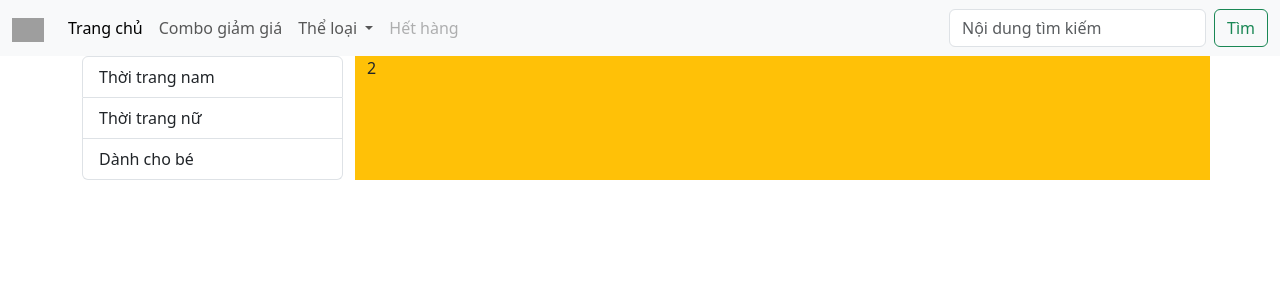
Repository: vnmk1/jsp_servlet-tutorials
Page: Bai4_Bootstrap/src/main/webapp/index.html
These files come from the project's save history. The page is drawn as it stood at one moment and after the next save; the edit follows.
The browser window is 1280 px wide. The pictures show the whole page.
Pictures or frames that could not be fetched are drawn as grey boxes.

Above is the page before, as saved 2023-07-17 08:54:38.

After the next save:
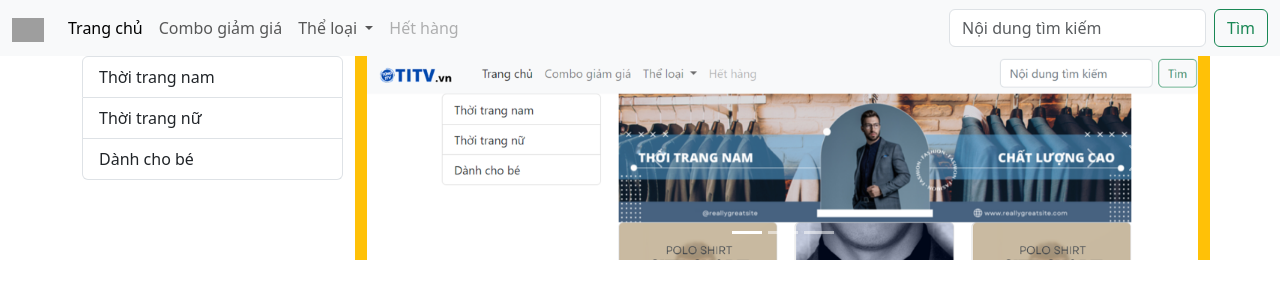
Saved 5 min 58 s later.
--- a/Bai4_Bootstrap/src/main/webapp/index.html
+++ b/Bai4_Bootstrap/src/main/webapp/index.html
@@ -66,7 +66,34 @@
 
 		<!-- Slider and Products -->
 	    <div class="col-lg-9 bg-warning">
-	      2
+			<!-- Slider -->
+			<div id="carouselExampleIndicators" class="carousel slide">
+			  <div class="carousel-indicators">
+			    <button type="button" data-bs-target="#carouselExampleIndicators" data-bs-slide-to="0" class="active" aria-current="true" aria-label="Slide 1"></button>
+			    <button type="button" data-bs-target="#carouselExampleIndicators" data-bs-slide-to="1" aria-label="Slide 2"></button>
+			    <button type="button" data-bs-target="#carouselExampleIndicators" data-bs-slide-to="2" aria-label="Slide 3"></button>
+			  </div>
+			  <div class="carousel-inner">
+			    <div class="carousel-item active">
+			      <img src="img/slider/Picture1.png" class="d-block w-100" alt="...">
+			    </div>
+			    <div class="carousel-item">
+			      <img src="img/slider/Picture2.png" class="d-block w-100" alt="...">
+			    </div>
+			    <div class="carousel-item">
+			      <img src="img/slider/Picture3.png" class="d-block w-100" alt="...">
+			    </div>
+			  </div>
+			  <button class="carousel-control-prev" type="button" data-bs-target="#carouselExampleIndicators" data-bs-slide="prev">
+			    <span class="carousel-control-prev-icon" aria-hidden="true"></span>
+			    <span class="visually-hidden">Previous</span>
+			  </button>
+			  <button class="carousel-control-next" type="button" data-bs-target="#carouselExampleIndicators" data-bs-slide="next">
+			    <span class="carousel-control-next-icon" aria-hidden="true"></span>
+			    <span class="visually-hidden">Next</span>
+			  </button>
+			</div>
+			<!-- End Slider -->
 		</div>
 		<!-- End Slider and Products -->
 </div>
